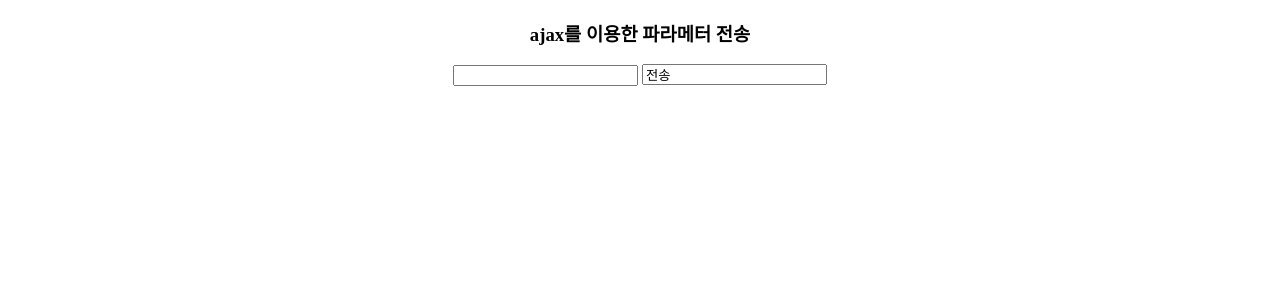
Repository: kimsunoh/springFrameworkStudy
Page: ajaxtest/WebContent/newparam.html
The author's editor kept a copy of each file at every save. The page is drawn from the files as they stood at one save, then again after the next save.
The browser window is 1280 px wide. The pictures show the whole page.

Above is the page before, as saved 2016-05-20 05:45:12.

### ajaxtest/WebContent/newparam.html
<!DOCTYPE html>
<html>
<head>
<meta charset="UTF-8">
<title>Insert title here</title>
</head>
<body>
	<center>
	<h3>ajax를 이용한 파라메터 전송</h3>
		<form name="param" action="">
			<input type="text" name="name" id="name">
			<input type="text" value="전송" >
		</form>
	</center>
</body>
</html>

After the next save:
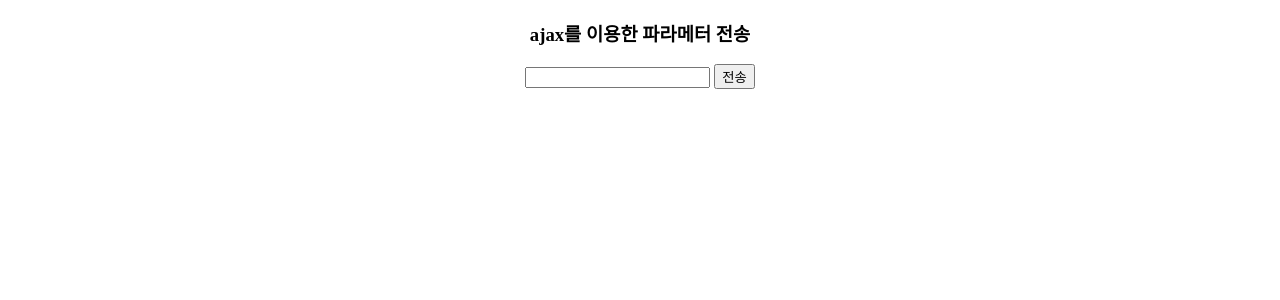
Saved 4 s later.
--- a/ajaxtest/WebContent/newparam.html
+++ b/ajaxtest/WebContent/newparam.html
@@ -9,7 +9,7 @@
 	<h3>ajax를 이용한 파라메터 전송</h3>
 		<form name="param" action="">
 			<input type="text" name="name" id="name">
-			<input type="text" value="전송" >
+			<input type="button" value="전송" >
 		</form>
 	</center>
 </body>
